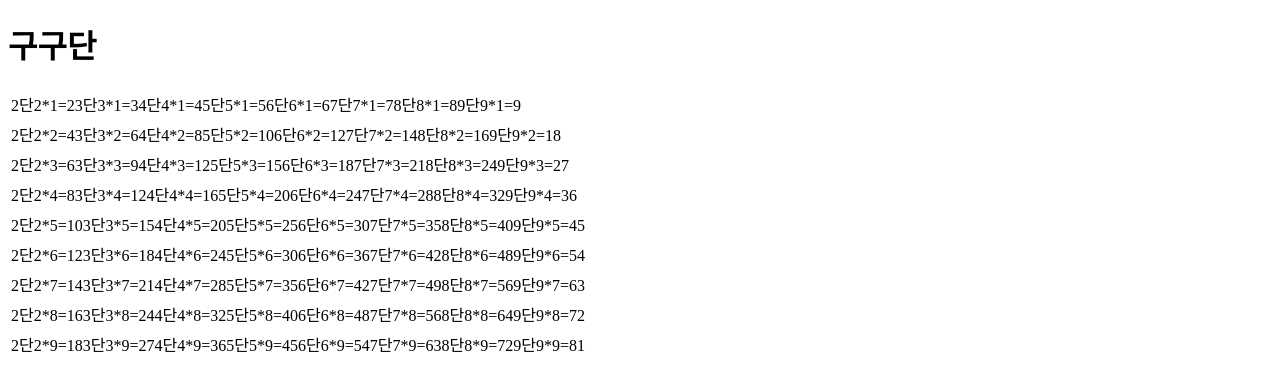
Repository: hwa3845/fullstackjava
Page: http://localhost/web02/ex04.jsp
The author's editor kept a copy of each file at every save. The page is drawn from the files as they stood at one save, then again after the next save.
The browser window is 1280 px wide. The pictures show the whole page.
The page is served by Tomcat 9.

Above is the page before, as saved 2025-04-15 02:29:32.

After the next save:
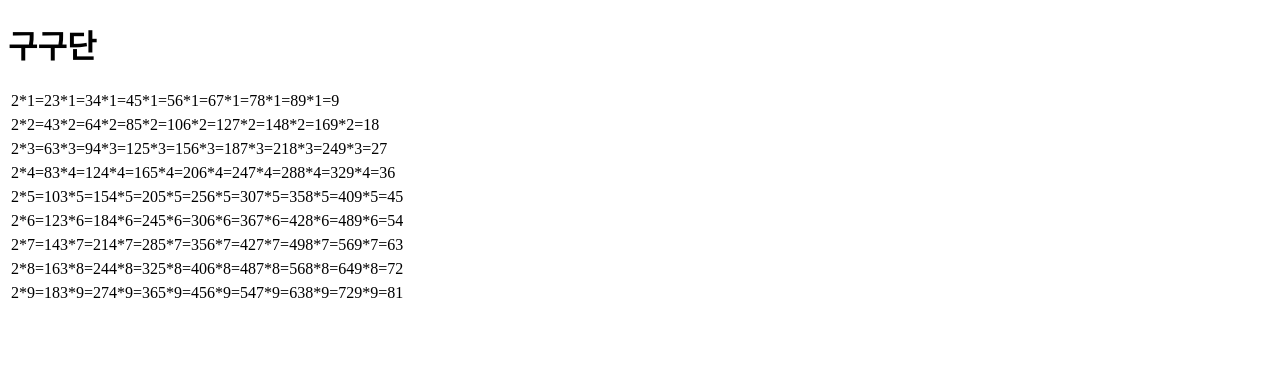
Saved 92 s later.
--- a/webWorkspace/web02/WebContent/ex04.jsp
+++ b/webWorkspace/web02/WebContent/ex04.jsp
@@ -17,7 +17,6 @@ for(int i=1; i<10; i++){
 <td>
 <%
 	for(int j=2; j<10; j++){
-out.print(j+"단");
 out.print(j+"*"+i+"="+j*i);
 	}
 %>
